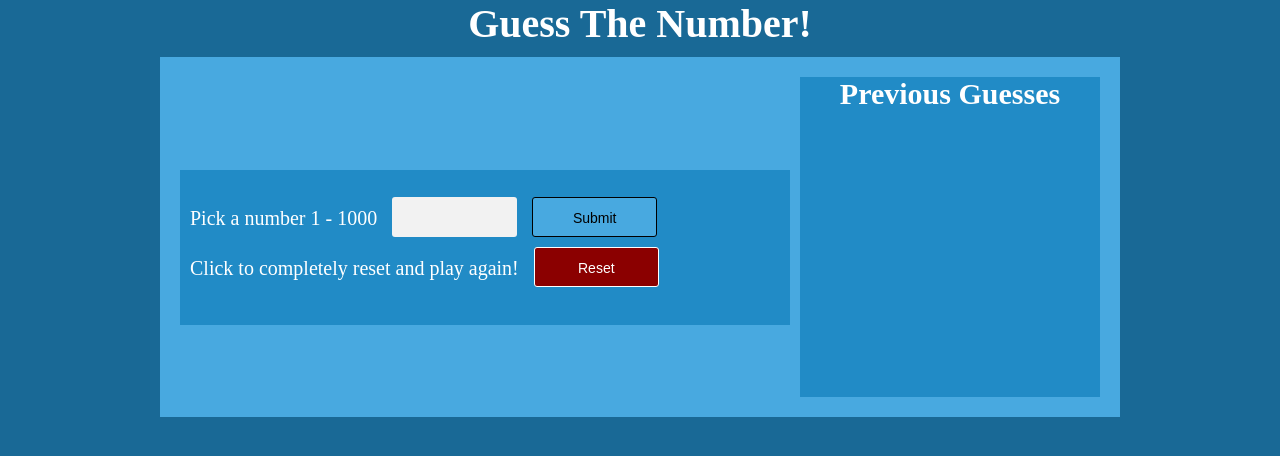
Repository: mlmEFSC21/P14-Guessing-Game
Page: guess.html
An editor plug-in stored every save of this project. The page is shown before and after the next save, followed by the edit.
The browser window is 1280 px wide. The pictures show the whole page.

Above is the page before, as saved 2022-03-19 14:16:58.

After the next save:
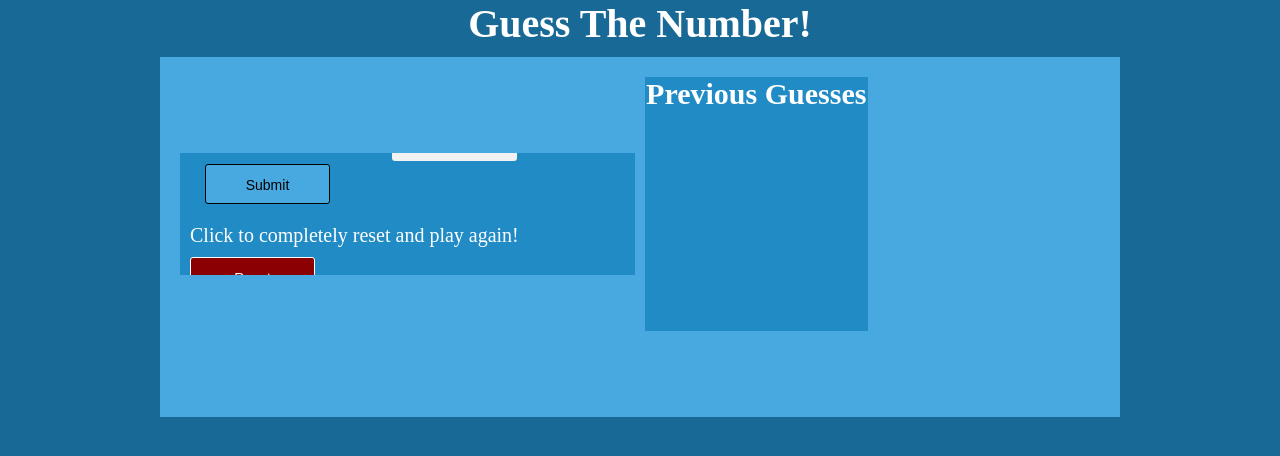
Saved 3 min 7 s later.
--- a/guess.css
+++ b/guess.css
@@ -26,8 +26,8 @@ body {
     height: 50vh;
     margin: 10px auto;
     padding: 20px;
-    grid-template-columns: repeat(3, 1fr);
-    grid-template-rows: repeat(4, 1fr);
+    grid-template-columns: repeat(4, 1fr);
+    grid-template-rows: repeat(5, 1fr);
     grid-auto-rows: minmax(200px, auto);
     gap: 10px;
     align-items: start;
